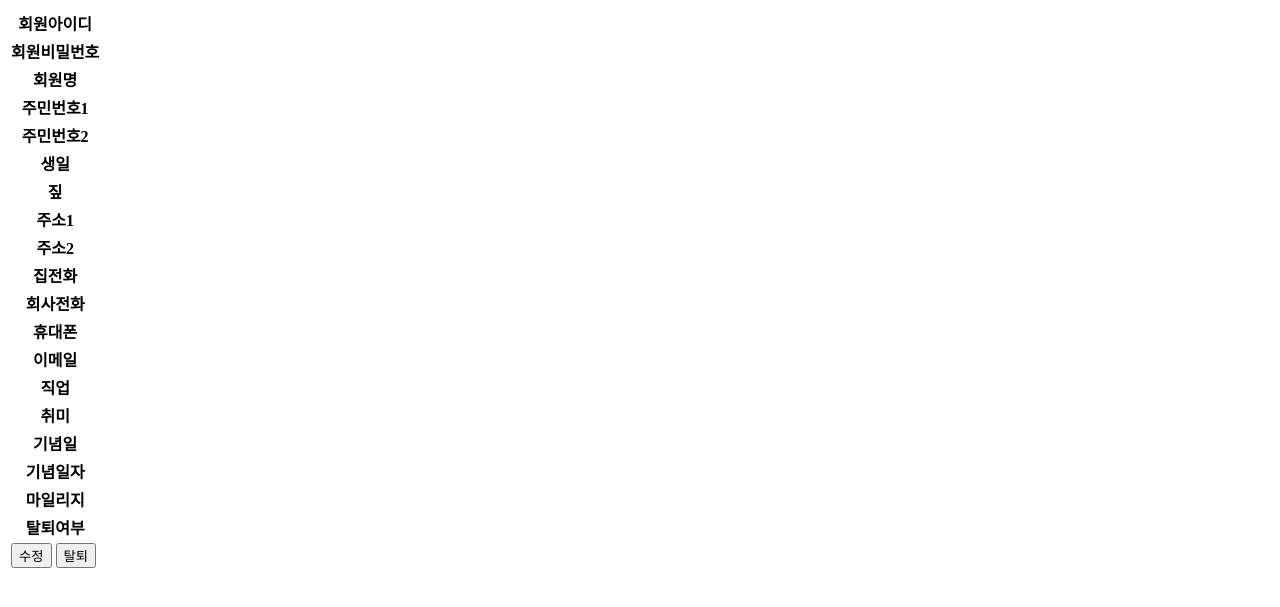
Repository: HEOGEUNJU/JSP
Page: http://localhost/WebStudy02_MVN/WEB-INF/views/member/memberView.jsp
An editor plug-in stored every save of this project. The page is shown before and after the next save, followed by the edit.
The browser window is 1280 px wide. The pictures show the whole page.
The page is served by Tomcat 9. Nobody is signed in. Other server files are loaded and not shown. The template is opened directly, without the code that normally fills it, so the values that code supplies are empty.

Above is the page before, as saved 2022-12-28 02:15:31.

### WebStudy02_MVN/src/main/webapp/WEB-INF/views/member/memberView.jsp
<%@ page language="java" contentType="text/html; charset=UTF-8"
	pageEncoding="UTF-8"%>
<%@taglib uri="http://java.sun.com/jsp/jstl/core" prefix="c" %>
<!DOCTYPE html>
<html>
<head>
<meta charset="UTF-8">
<title>Insert title here</title>
</head>
<body>
	<table>
		<tr>
			<th>회원아이디</th>
			<td>${member.memId }</td>
		</tr>
		<tr>
			<th>회원비밀번호</th>
			<td>${member.memPass }</td>
		</tr>
		<tr>
			<th>회원명</th>
			<td>${member.memName }</td>
		</tr>
		<tr>
			<th>주민번호1</th>
			<td>${member.memRegno1 }</td>
		</tr>
		<tr>
			<th>주민번호2</th>
			<td>${member.memRegno2 }</td>
		</tr>
		<tr>
			<th>생일</th>
			<td>${member.memBir }</td>
		</tr>
		<tr>
			<th>짚</th>
			<td>${member.memZip }</td>
		</tr>
		<tr>
			<th>주소1</th>
			<td>${member.memAdd1 }</td>
		</tr>
		<tr>
			<th>주소2</th>
			<td>${member.memAdd2 }</td>
		</tr>
		<tr>
			<th>집전화</th>
			<td>${member.memHometel }</td>
		</tr>
		<tr>
			<th>회사전화</th>
			<td>${member.memComtel }</td>
		</tr>
		<tr>
			<th>휴대폰</th>
			<td>${member.memHp }</td>
		</tr>
		<tr>
			<th>이메일</th>
			<td>${member.memMail }</td>
		</tr>
		<tr>
			<th>직업</th>
			<td>${member.memJob }</td>
		</tr>
		<tr>
			<th>취미</th>
			<td>${member.memLike }</td>
		</tr>
		<tr>
			<th>기념일</th>
			<td>${member.memMemorial }</td>
		</tr>
		<tr>
			<th>기념일자</th>
			<td>${member.memMemorialday }</td>
		</tr>
		<tr>
			<th>마일리지</th>
			<td>${member.memMileage }</td>
		</tr>
		<tr>
			<th>탈퇴여부</th>
			<td>${member.memDelete }</td>
		</tr>
<!-- 		선택적 렌더링 해야함 -->
		<c:if test="${sessionScope.authMember eq member }">
			<tr>
				<td colspan="2">
					<input type="button" value = "수정" />
					<input type="button" value = "탈퇴" />
				</td>
			</tr>
		</c:if>
	</table>
</body>
</html>

### WebStudy02_MVN/src/main/webapp/includee/preScript.jsp
<%@ page language="java" contentType="text/html; charset=UTF-8"
    pageEncoding="UTF-8"%>
<link rel="stylesheet" href="<%=request.getContextPath() %>/resources/js/bootstrap-5.2.3-dist/css/bootstrap.min.css">
<script type="text/javascript" src="<%=request.getContextPath()%>/resources/js/jquery-3.6.1.min.js"></script>
<%
	String varInPre = "프리스크립트에 있는 변수의 값";

%>

### WebStudy02_MVN/src/main/webapp/includee/postScript.jsp
<%@ page language="java" contentType="text/html; charset=UTF-8"
    pageEncoding="UTF-8"%>

<script src= "<%=request.getContextPath() %>/resources/js/bootstrap-5.2.3-dist/js/bootstrap.bundle.min.js"></script>

Loaded but not shown: WebStudy02_MVN/src/main/webapp/resources/js/bootstrap-5.2.3-dist/css/bootstrap.min.css (library); WebStudy02_MVN/src/main/webapp/resources/js/jquery-3.6.1.min.js (library); WebStudy02_MVN/src/main/webapp/resources/js/bootstrap-5.2.3-dist/js/bootstrap.bundle.min.js (library)

After the next save:
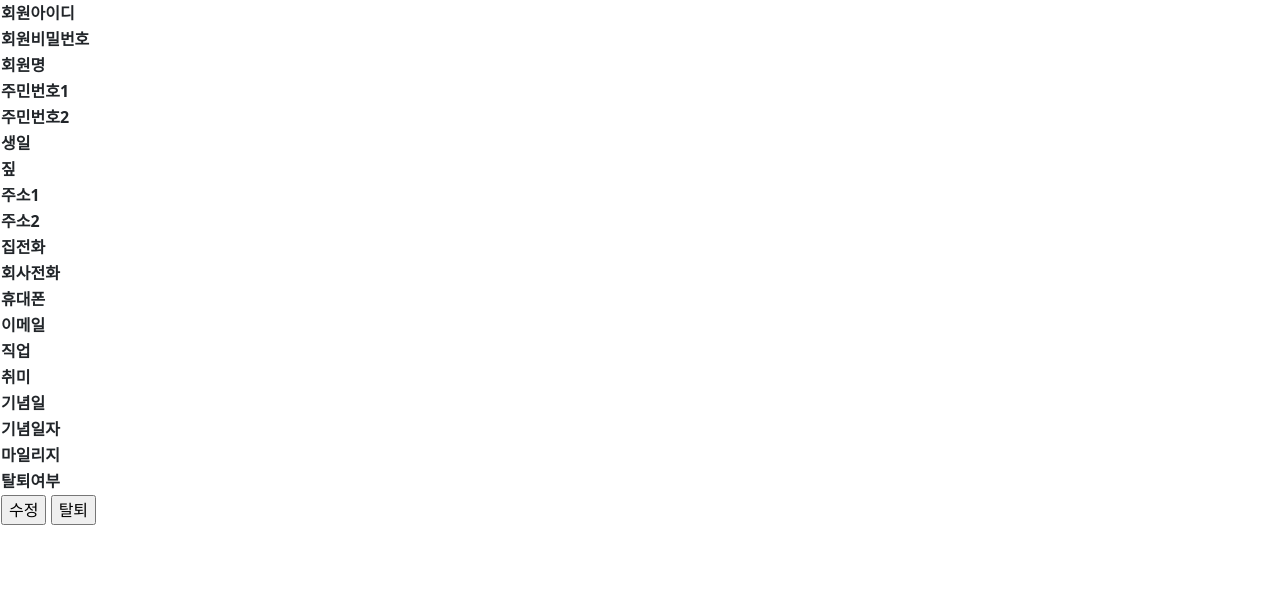
Saved 14 min 45 s later.
--- a/WebStudy02_MVN/src/main/webapp/WEB-INF/views/member/memberView.jsp
+++ b/WebStudy02_MVN/src/main/webapp/WEB-INF/views/member/memberView.jsp
@@ -5,6 +5,7 @@
 <html>
 <head>
 <meta charset="UTF-8">
+<jsp:include page="/includee/preScript.jsp" />
 <title>Insert title here</title>
 </head>
 <body>
@@ -95,5 +96,9 @@
 			</tr>
 		</c:if>
 	</table>
+	<script type="text/javascript">
+
+	</script>
+<jsp:include page="/includee/postScript.jsp" />
 </body>
 </html>
